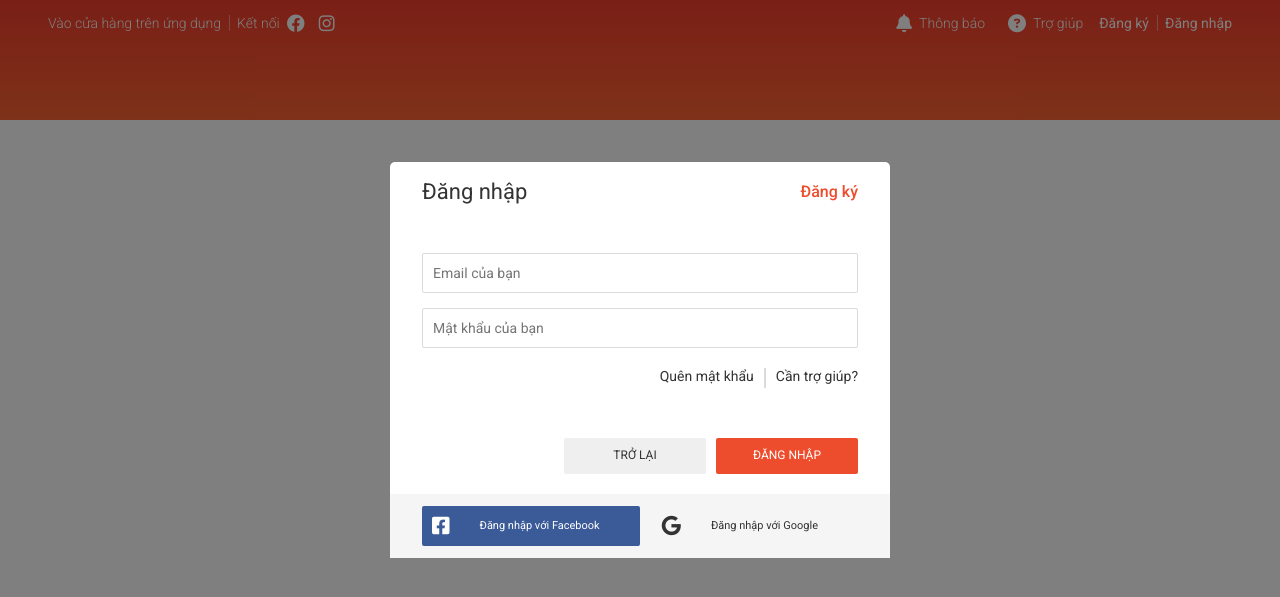
Repository: dptuyen1/F8-Tutorial
Page: index.html
The author's editor kept a copy of each file at every save. The page is drawn from the files as they stood at one save, then again after the next save.
The browser window is 1280 px wide. The pictures show the whole page.

Above is the page before, as saved 2023-05-08 18:36:13.

### index.html
<!DOCTYPE html>
<html lang="en">
  <head>
    <meta charset="UTF-8" />
    <meta http-equiv="X-UA-Compatible" content="IE=edge" />
    <meta name="viewport" content="width=device-width, initial-scale=1.0" />
    <title>Document</title>
    <link
      rel="stylesheet"
      href="https://cdnjs.cloudflare.com/ajax/libs/normalize/8.0.1/normalize.min.css"
      integrity="sha512-NhSC1YmyruXifcj/KFRWoC561YpHpc5Jtzgvbuzx5VozKpWvQ+4nXhPdFgmx8xqexRcpAglTj9sIBWINXa8x5w=="
      crossorigin="anonymous"
      referrerpolicy="no-referrer"
    />
    <link rel="stylesheet" href="assets/css/base.css" />
    <link rel="stylesheet" href="assets/css/main.css" />
    <link
      rel="stylesheet"
      href="assets/fonts/fontawesome-free-6.4.0-web/css/all.min.css"
    />
    <link rel="preconnect" href="https://fonts.googleapis.com" />
    <link rel="preconnect" href="https://fonts.gstatic.com" crossorigin />
    <link
      href="https://fonts.googleapis.com/css2?family=Roboto:wght@300;400;500;700&display=swap"
      rel="stylesheet"
    />
  </head>

  <body>
    <div class="app">
      <header class="header">
        <div class="grid">
          <nav class="header__navbar">
            <ul class="header__navbar-list">
              <li
                class="header__navbar-item header__navbar-item-has-qr header__navbar-item-separate"
              >
                Vào cửa hàng trên ứng dụng
                <div class="header__qr">
                  <img
                    src="assets/img/qr_code.png"
                    alt="QR Cođe"
                    class="header__qr-img"
                  />
                  <div class="header__qr-apps">
                    <a href="" class="header__qr-link">
                      <img
                        src="assets/img/google_play.png"
                        alt="Google Play"
                        class="header__qr-download-img"
                      />
                    </a>
                    <a href="" class="header__qr-link">
                      <img
                        src="assets/img/app_store.png"
                        alt="App Store"
                        class="header__qr-download-img"
                      />
                    </a>
                  </div>
                </div>
              </li>
              <li class="header__navbar-item">
                <span class="header__navbar-title-no-pointer">Kết nối</span>
                <a href="" class="header__navbar-icon-link">
                  <i class="header__navbar-icon fa-brands fa-facebook"></i>
                </a>
                <a href="" class="header__navbar-icon-link">
                  <i class="header__navbar-icon fa-brands fa-instagram"></i>
                </a>
              </li>
            </ul>
            <ul class="header__navbar-list">
              <li class="header__navbar-item header__navbar-item--has-notify">
                <a href="" class="header__navbar-item-link">
                  <a href="" class="header__navbar-icon-link">
                    <i class="header__navbar-icon fa-solid fa-bell"></i> </a
                  >Thông báo
                </a>
                <div class="header__notify">
                  <header class="header__notify-header">
                    <h3>Thông báo mới nhận</h3>
                  </header>
                  <ul class="header__notify-list">
                    <li class="header__notify-item">
                      <a href="" class="header_notify-link">
                        <img
                          src="assets/img/comestic.jpg"
                          alt=""
                          class="header__notify-img"
                        />
                        <div class="header__notify-info">
                          <span class="header_notify-name"
                            >Mỹ phẩm Ohui chính hãng</span
                          >
                          <span class="header__notify-description"
                            >Mô tả mỹ tả Ohui chính hãng</span
                          >
                        </div>
                      </a>
                    </li>
                    <li class="header__notify-item header__notify-item--read">
                      <a href="" class="header_notify-link">
                        <img
                          src="assets/img/comestic.jpg"
                          alt=""
                          class="header__notify-img"
                        />
                        <div class="header__notify-info">
                          <span class="header_notify-name"
                            >Mỹ phẩm Ohui chính hãng</span
                          >
                          <span class="header__notify-description"
                            >Mô tả mỹ tả Ohui chính hãng</span
                          >
                        </div>
                      </a>
                    </li>
                    <li class="header__notify-item">
                      <a href="" class="header_notify-link">
                        <img
                          src="assets/img/comestic.jpg"
                          alt=""
                          class="header__notify-img"
                        />
                        <div class="header__notify-info">
                          <span class="header_notify-name"
                            >Mỹ phẩm Ohui chính hãng</span
                          >
                          <span class="header__notify-description"
                            >Mô tả mỹ tả Ohui chính hãng</span
                          >
                        </div>
                      </a>
                    </li>
                  </ul>
                  <footer class="header__notify-footer">
                    <a href="" class="header__notify-footer-btn">Xem tất cả</a>
                  </footer>
                </div>
              </li>
              <li class="header__navbar-item">
                <a href="" class="header__navbar-item-link">
                  <a href="" class="header__navbar-icon-link">
                    <i
                      class="header__navbar-icon fa-solid fa-circle-question"
                    ></i></a
                  >Trợ giúp
                </a>
              </li>
              <li
                class="header__navbar-item header__navbar-item-bold header__navbar-item-separate"
              >
                Đăng ký
              </li>
              <li class="header__navbar-item header__navbar-item-bold">
                Đăng nhập
              </li>
            </ul>
          </nav>
        </div>
      </header>

      <div class="container"></div>

      <footer class="footer"></footer>
    </div>

    <!-- Modal layout -->
    <div class="modal">
      <div class="modal__overlay"></div>
      <div class="modal__body">
        <div class="modal__inner"></div>

        <!-- Authenticated Form -->

        <!-- Register Form -->
        <!-- <form class="auth-form">
          <div class="auth-form__container">
            <div class="auth-form__header">
              <h3 class="auth_form__heading">Đăng ký</h3>
              <span class="auth_form__switch-btn">Đăng nhập</span>
            </div>
            <div class="auth-form__form">
              <div class="auth-form__group">
                <input
                  type="text"
                  class="auth-form__input"
                  placeholder="Email của bạn"
                />
              </div>
              <div class="auth-form__group">
                <input
                  type="password"
                  class="auth-form__input"
                  placeholder="Mật khẩu của bạn"
                />
              </div>
              <div class="auth-form__group">
                <input
                  type="password"
                  class="auth-form__input"
                  placeholder="Nhập lại mật khẩu"
                />
              </div>
            </div>
            <div class="auth-form__aside">
              <p>
                Lorem ipsum dolor sit amet consectetur adipisicing elit. Natus,
                animi. Provident hic eos, dicta, beatae nulla numquam sunt
                sapiente excepturi repudiandae fuga ex neque odit explicabo
                maxime porro commodi nostrum.
              </p>
            </div>
            <div class="auth-form__controls">
              <button class="btn btn--back">TRỞ LẠI</button>
              <button class="btn btn--primary">ĐĂNG KÝ</button>
            </div>
          </div>

          <div class="auth-form__socials">
            <a
              href=""
              class="auth-form__socials--facebook btn btn--size-s btn--with-icon"
            >
              <i
                class="auth-form_socials-icon fa-brands fa-square-facebook"
              ></i>
              <span class="auth-form__socials-label">Kết nối với Facebook</span>
            </a>
            <a
              href=""
              class="auth-form__socials--google btn btn--size-s btn--with-icon"
            >
              <i class="auth-form_socials-icon fa-brands fa-google"></i>
              <span class="auth-form__socials-label">Kết nối với Google</span>
            </a>
          </div>
        </form> -->

        <!-- Login Form -->
        <form class="auth-form">
          <div class="auth-form__container">
            <div class="auth-form__header">
              <h3 class="auth_form__heading">Đăng nhập</h3>
              <span class="auth_form__switch-btn">Đăng ký</span>
            </div>
            <div class="auth-form__form">
              <div class="auth-form__group">
                <input
                  type="text"
                  class="auth-form__input"
                  placeholder="Email của bạn"
                />
              </div>
              <div class="auth-form__group">
                <input
                  type="password"
                  class="auth-form__input"
                  placeholder="Mật khẩu của bạn"
                />
              </div>
            </div>

            <div class="auth-form__aside">
              <div class="auth-form__help">
                <a href="" class="auth-form__help-link">Quên mật khẩu</a>
                <span class="auth-form__help-separate"></span>
                <a href="" class="auth-form__help-link">Cần trợ giúp?</a>
              </div>
            </div>

            <div class="auth-form__controls">
              <button class="btn btn--back">TRỞ LẠI</button>
              <button class="btn btn--primary">ĐĂNG NHẬP</button>
            </div>
          </div>
          <div class="auth-form__socials">
            <a
              href=""
              class="auth-form__socials--facebook btn btn--size-s btn--with-icon"
            >
              <i
                class="auth-form_socials-icon fa-brands fa-square-facebook"
              ></i>
              <span class="auth-form__socials-label" style="font-size: 11px"
                >Đăng nhập với Facebook</span
              >
            </a>
            <a
              href=""
              class="auth-form__socials--google btn btn--size-s btn--with-icon"
            >
              <i class="auth-form_socials-icon fa-brands fa-google"></i>
              <span class="auth-form__socials-label" style="font-size: 11px"
                >Đăng nhập với Google</span
              >
            </a>
          </div>
        </form>
      </div>
    </div>
  </body>
</html>

### assets/css/base.css
:root {
  --primary-color: #ee4d2d;
  --white-color: #fff;
  --black-color: #000;
  --text-color: #333;
  --border-color: #dbdbdb;
}

* {
  box-sizing: inherit;
}

html {
  font-size: 62.5%;
  line-height: 1.6rem;
  font-family: "Roboto", sans-serif;
  box-sizing: border-box;
}

.grid {
  width: 1200px;
  max-width: 100%;
  /* căn giữa */
  margin: 0 auto;
}

.grid__full-width {
  width: 100%;
}

.grid__row {
  display: flex;
  flex-wrap: wrap;
}

/* Modal */
.modal {
  position: fixed;
  top: 0;
  right: 0;
  bottom: 0;
  left: 0;
  display: flex;
}

.modal__overlay {
  position: absolute;
  width: 100%;
  height: 100%;
  background-color: rgba(0, 0, 0, 0.5);
}

.modal__body {
  background-color: var(--white-color);
  margin: auto;
  position: relative;
  z-index: 1;
  border-radius: 5px;
}

.modal__inner {
}

/* Button style */
.btn {
  min-width: 142px;
  height: 36px;
  text-decoration: none;
  border: none;
  border-radius: 2px;
  cursor: pointer;
  padding: 0;
  font-size: 1.2rem;
  color: var(--text-color);
  display: flex;
  justify-content: center;
  align-items: center;
}

.btn:hover {
  background-color: rgba(0, 0, 0, 0.2);
}

.btn.btn--size-s {
  height: 40px;
  font-size: 1.2rem;
  padding: 0 10px;
}

.btn.btn--primary {
  color: var(--white-color);
  background-color: var(--primary-color);
}

.btn.btn--disabled {
  color: #ccc;
  cursor: default;
  background-color: #999;
}

/* Animation */
@keyframes fadeIn {
  from {
    opacity: 0;
  }

  to {
    opacity: 1;
  }
}

@keyframes notifyGrowth {
  from {
    opacity: 0;
    transform: scale(0);
  }

  to {
    opacity: 1;
    transform: scale(1);
  }
}

### assets/css/main.css
.header {
  height: 120px;
  background-image: linear-gradient(0, #fe6433, #f53e2d);
}

.header__navbar {
  display: flex;
  justify-content: space-between;
}

.header__navbar-list {
  list-style: none;
  padding-left: 0;
}

.header__navbar-item {
  margin: 0 8px;
  position: relative;
  min-height: 26px;
}

.header__navbar-item-has-qr:hover .header__qr {
  display: block;
}

.header__navbar-item,
.header__navbar-item-link {
  display: inline-block;
  font-size: 1.4rem;
  color: var(--white-color);
  text-decoration: none;
  font-weight: 300;
}

.header__navbar-list,
.header__navbar-item,
.header__navbar-item-link,
.header__navbar-icon-link {
  display: inline-flex;
  align-items: center;
}

.header__navbar-item:hover,
.header__navbar-item-link:hover,
.header__navbar-icon-link:hover {
  color: rgba(255, 255, 255, 0.5);
  cursor: pointer;
}

.header__navbar-item--has-notify:hover .header__notify {
  display: block;
}

.header__navbar-item-bold {
  font-weight: 400;
}

.header__navbar-item-separate::after {
  content: "";
  display: block;
  position: absolute;
  border-left: 1px solid #fb9086;
  height: 16px;
  right: -9px;
  top: 50%;
  transform: translateY(-50%);
}

.header__navbar-icon-link {
  color: var(--white-color);
  text-decoration: none;
}

.header__navbar-icon {
  font-size: 1.8rem;
  margin: 0 7px;
}

.header__navbar-title-no-pointer {
  cursor: text;
  color: var(--white-color);
}

/* Header QR Code  */
.header__qr {
  width: 185px;
  background-color: var(--white-color);
  position: absolute;
  left: 0;
  /* cao bằng thẻ chứa nó */
  top: 150%;
  padding: 8px;
  border-radius: 2px;
  display: none;
  animation: fadeIn ease-in 0.5s;
}

.header__qr::before {
  content: "";
  display: block;
  position: absolute;
  width: 100%;
  height: 20px;
  left: 0;
  top: -20px;
}

.header__qr-img {
  width: 100%;
}

.header__qr-apps {
  display: flex;
  justify-content: space-between;
}

.header__qr-link:first-child {
  margin-left: 11px;
}

.header__qr-link:last-child {
  margin-right: 11px;
}

.header__qr-download-img {
  height: 15px;
}

/* Header notification */

.header__notify {
  position: absolute;
  top: 150%;
  right: 0;
  width: 405px;
  background-color: var(--white-color);
  border: 1px solid #d3d3d3;
  border-radius: 2px;
  cursor: default;
  transform-origin: top right;
  display: none;
  animation: notifyGrowth ease-in 0.5s;
}

.header__notify::before {
  content: "";
  border-width: 20px 30px;
  border-style: solid;
  border-color: transparent transparent var(--white-color) transparent;
  position: absolute;
  right: 0;
  top: -30px;
}

.header__notify::after {
  content: "";
  display: block;
  position: absolute;
  right: 0;
  top: -20px;
  width: 100%;
  height: 20px;
}

.header__notify-header {
  height: 40px;
  background-color: var(--white-color);
}

.header__notify-header h3 {
  color: #999;
  margin: 0 0 0 12px;
  font-weight: 400;
  font-size: 1.4rem;
  line-height: 40px;
}

.header__notify-list {
  padding-left: 0;
}

.header__notify-item {
  display: flex;
}

.header__notify-item:hover {
  background-color: #f7f7f7;
}

.header__notify-item--read {
  background-color: rgba(238, 77, 45, 0.2);
}

.header_notify-link {
  width: 100%;
  display: flex;
  padding: 12px;
  text-decoration: none;
}

.header__notify-img {
  width: 50px;
  object-fit: contain;
}

.header__notify-info {
  margin-left: 12px;
}

.header_notify-name {
  display: block;
  font-size: 1.4rem;
  color: var(--black-color);
  font-weight: 400;
}

.header__notify-description {
  display: block;
  font-size: 1.2rem;
  line-height: 2rem;
  color: #756f6e;
  margin-top: 10px;
}

.header__notify-footer {
  display: flex;
}

.header__notify-footer-btn {
  text-decoration: none;
  color: var(--text-color);
  margin: 0 auto;
  padding: 10px;
  font-size: 1.4rem;
  font-weight: 400;
}

/* Authenticated modal */
.auth-form {
  width: 500px;
}

.auth-form__container {
  padding: 0 32px;
}

.auth-form__header {
  display: flex;
  align-items: center;
  justify-content: space-between;
}

.auth_form__heading {
  font-size: 2.2rem;
  font-weight: 400;
  color: var(--text-color);
}

.auth_form__switch-btn {
  font-size: 1.6rem;
  color: var(--primary-color);
  font-weight: 500;
  cursor: pointer;
}

.auth-form__form {
  margin-top: 16px;
}

.auth-form__input {
  width: 100%;
  height: 40px;
  margin-top: 15px;
  padding: 0 10px;
  font-size: 1.4rem;
  border: 1px solid var(--border-color);
  border-radius: 2px;
  outline: none;
}

.auth-form__input:focus {
  border-color: #777;
}

.auth-form__aside {
  margin-top: 20px;
}

.auth-form__aside p {
  font-size: 1.2rem;
  line-height: 1.8rem;
  text-align: center;
}

.auth-form__controls {
  margin-top: 50px;
  margin-bottom: 20px;
  display: flex;
  justify-content: flex-end;
}

.btn--back {
  margin-right: 10px;
}

.auth-form__socials {
  background-color: #f5f5f5;
  padding: 12px 32px;
  display: flex;
  justify-content: space-between;
}

.auth-form_socials-icon {
  font-size: 2rem;
}

.auth-form__socials--facebook {
  color: var(--white-color);
  background-color: #3a5a98;
}

.auth-form__socials--facebook .auth-form_socials-icon {
  color: var(--white-color);
}

.auth-form__socials-label {
  margin: 0 30px;
}

.auth-form__help {
  display: flex;
  justify-content: flex-end;
}

.auth-form__help-link {
  font-size: 1.4rem;
  text-decoration: none;
  color: var(--text-color);
}

.auth-form__help-separate {
  display: block;
  height: 2rem;
  border: 1px solid var(--border-color);
  margin: 0 10px;
}

Loaded but not shown: assets/fonts/fontawesome-free-6.4.0-web/css/all.min.css (library)

After the next save:
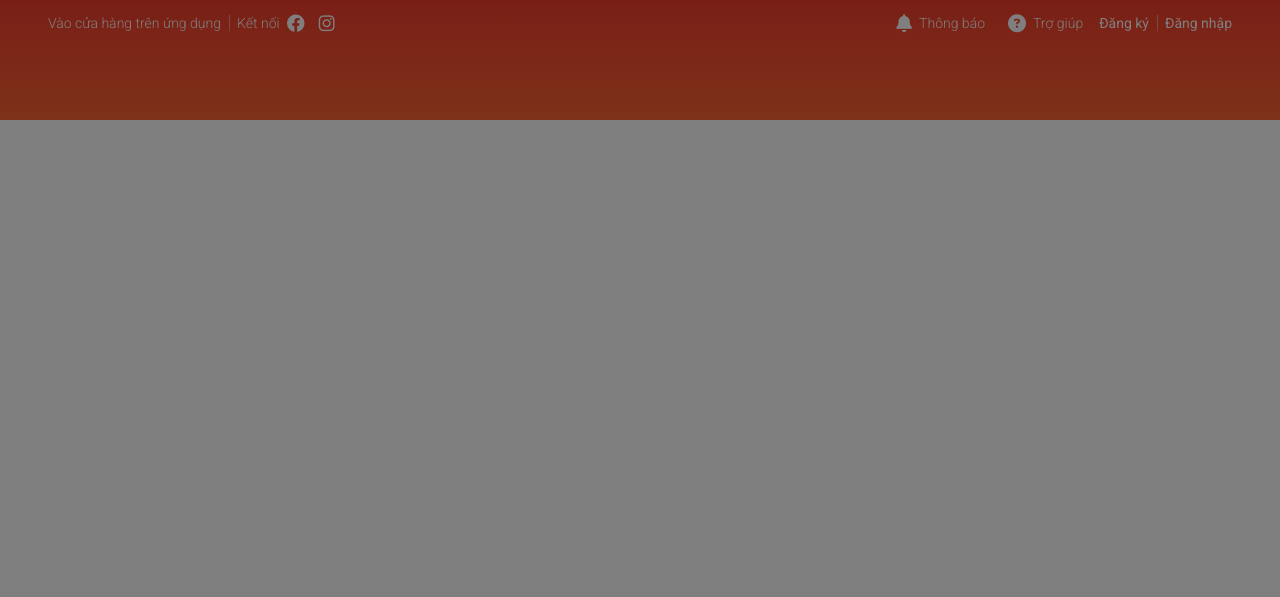
Saved 2 min 16 s later.
--- a/index.html
+++ b/index.html
@@ -239,7 +239,7 @@
         </form> -->
 
         <!-- Login Form -->
-        <form class="auth-form">
+        <!-- <form class="auth-form">
           <div class="auth-form__container">
             <div class="auth-form__header">
               <h3 class="auth_form__heading">Đăng nhập</h3>
@@ -297,7 +297,7 @@
               >
             </a>
           </div>
-        </form>
+        </form> -->
       </div>
     </div>
   </body>
